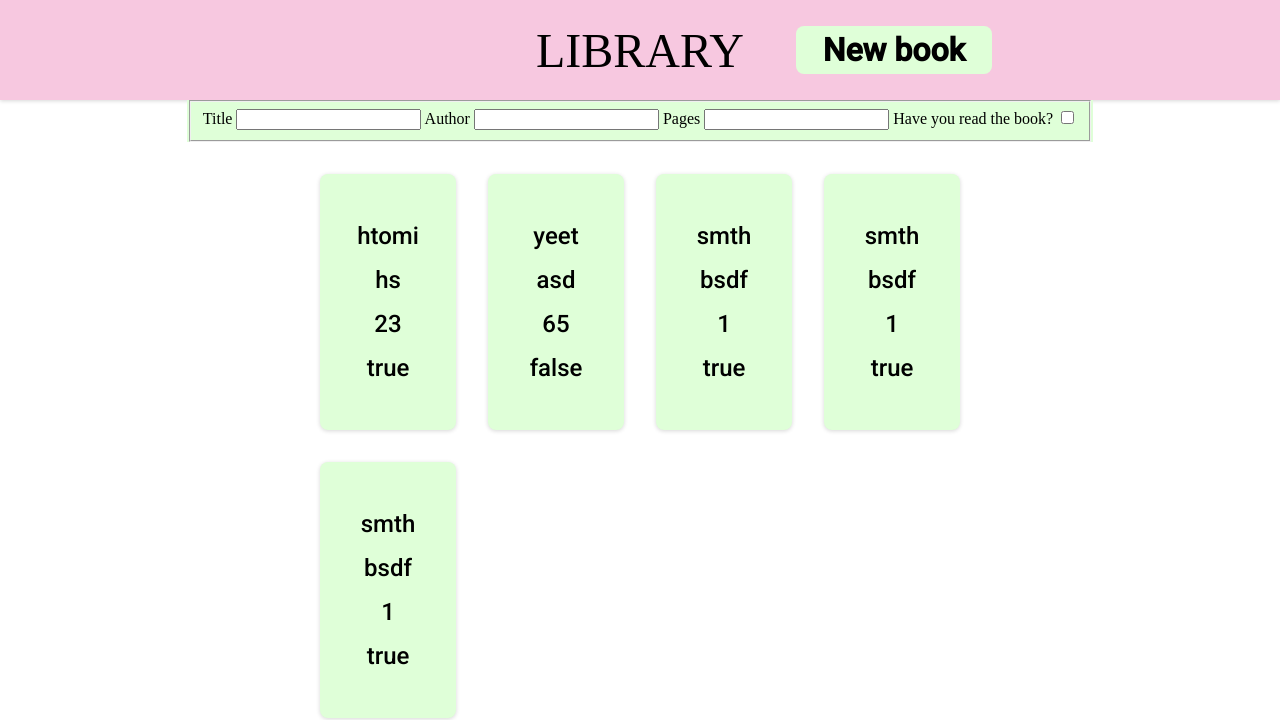
Repository: yeetzpxoci/library
Page: index.html
These files come from the project's save history. The page is drawn as it stood at one moment and after the next save; the edit follows.
The browser window is 1280 px wide. The pictures show the whole page.
Some web fonts or font styles are not loaded; a fallback is used.

Above is the page before, as saved 2023-02-21 15:53:07.

### index.html
<!DOCTYPE html>
<html lang="en">
<head>
    <meta charset="UTF-8">
    <meta http-equiv="X-UA-Compatible" content="IE=edge">
    <meta name="viewport" content="width=device-width, initial-scale=1.0">
    <title>Library</title>
    <link rel="stylesheet" href="styles.css">
    <link rel="preconnect" href="https://fonts.googleapis.com">
    <link rel="preconnect" href="https://fonts.gstatic.com" crossorigin>
    <link href="https://fonts.googleapis.com/css2?family=Roboto:wght@500&display=swap" rel="stylesheet">
    <link href="https://fonts.googleapis.com/css2?family=Gloock&display=swap" rel="stylesheet">
</head>
<body>
    <div class="header">
        <p></p>
        <p>LIBRARY</p>
        <button onclick="openForm()" id="newBook">New book</button>
    </div>

    <form id="input-form">
        <fieldset>
            <label for="title">Title</label>
            <input type="text" name="title" id="title">
            <label for="author">Author</label>
            <input type="text" name="author" id="author">
            <label for="pages">Pages</label>
            <input type="number" name="pages" id="pages">
            <label for="read">Have you read the book?</label>
            <input type="checkbox" name="read" id="read">
        </fieldset>
    </form>

    <div id="cards">

    </div>
<script src="script.js"></script>
</body>
</html>

### styles.css
html, body {
    margin: 0;
    padding: 0;
}

body {
    display: flex;
    flex-direction: column;
    align-items: center;
    min-height: 100vh;
    background-color: white;
}

.header {
    display: flex;
    align-items: center;
    justify-content: center;
    width: 100%;
    height: 100px;
    background-color: #F7C8E0;
    box-shadow: rgba(0, 0, 0, 0.16) 0px 1px 4px;
}

.header p {
    font-family: 'Gloock', serif;
    font-size: 48px;
}

#newBook {
    position: absolute;
    right: 288px;
    font-size: 32px;
    font-family: 'Roboto', sans-serif;
    font-weight: bold;
    background-color: #DFFFD8;
    height: 48px;
    width:196px;
    border-radius: 8px;
    border-width: 0px;
}

#cards {
    display: grid;
    width: 50%;
    grid-template-columns: 1fr 1fr 1fr 1fr;
    gap: 32px;
    margin-top: 32px;
}

.card {
    width: 100%;
    height: 256px;
    background-color: #DFFFD8;
    font-size: 24px;
    font-family: 'Roboto', sans-serif;
    border-radius: 8px;
    border-width: 0px;
    align-self: center;
    justify-self: center;
    box-shadow: rgba(0, 0, 0, 0.16) 0px 1px 4px;
    display: flex;
    flex-direction: column;
    align-items: center;
    justify-content: center;
    gap: 16px;
}

.card p {
    margin: 0px;
}

.input-wrapper {
    display: block;
}

#input-form {
    display: flex;
    flex-direction: column;
    gap: 16px;
    background-color: #DFFFD8;
}

### script.js
const title = document.getElementById("title").value
const author = document.getElementById("author").value
const pages = document.getElementById("pages").value
const read = document.getElementById("read").checked
const cards = document.getElementById("cards")

let myLibrary = [];

function Book(title, author, pages, read) {
    this.title = title;
    this.author = author;
    this.pages = pages;
    this.read = read;
    this.info = function () {
        return title + " by " + author + ", " + String(pages) + " pages, not read yet"
    }
}

function addBookToLibrary() {
    let book = new Book(title, author, pages, read);
    myLibrary.push(book);
    console.log(myLibrary.length)
}

function addBookInfo(div, book) {
    const newTitle = document.createElement("p");
    newTitle.innerHTML = book.title;
    const newAuthor = document.createElement("p");
    newAuthor.innerHTML = book.author;
    const newPages = document.createElement("p");
    newPages.innerHTML = book.pages;
    const newRead = document.createElement("p");
    newRead.innerHTML = book.read;
    div.appendChild(newTitle);
    div.appendChild(newAuthor);
    div.appendChild(newPages);
    div.appendChild(newRead);
}

function displayBooks() {
    for (let i = 0; i < myLibrary.length; i++) {
        const newDiv = document.createElement("div");
        newDiv.setAttribute("class", "card");
        addBookInfo(newDiv, myLibrary[i]);
        cards.appendChild(newDiv);
    }
}

function openForm() {
    document.getElementById("input-form").style.display = "block"
}

let book1 = new Book("htomi" , "hs", 23, true);
let book2 = new Book("yeet", "asd", 65, false);
let book3 = new Book("smth", "bsdf", 1, true);
let book4 = new Book("smth", "bsdf", 1, true);
let book5 = new Book("smth", "bsdf", 1, true);
myLibrary.push(book1, book2, book3, book4, book5);
displayBooks();

After the next save:
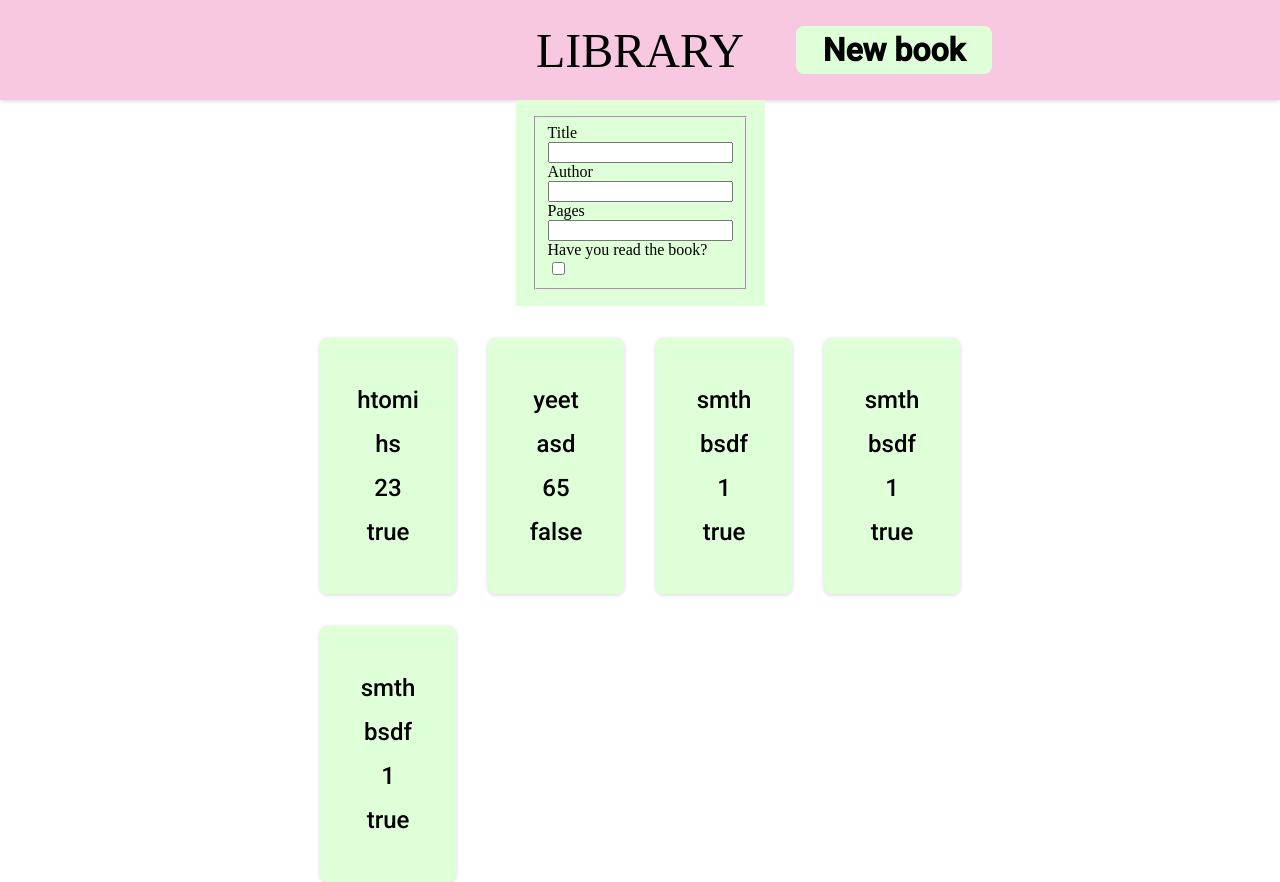
Saved 110 s later.
--- a/styles.css
+++ b/styles.css
@@ -69,13 +69,14 @@ body {
     margin: 0px;
 }
 
-.input-wrapper {
+input, label {
     display: block;
 }
 
 #input-form {
     display: flex;
     flex-direction: column;
-    gap: 16px;
+    gap: 24px;
     background-color: #DFFFD8;
+    padding: 16px;
 }
